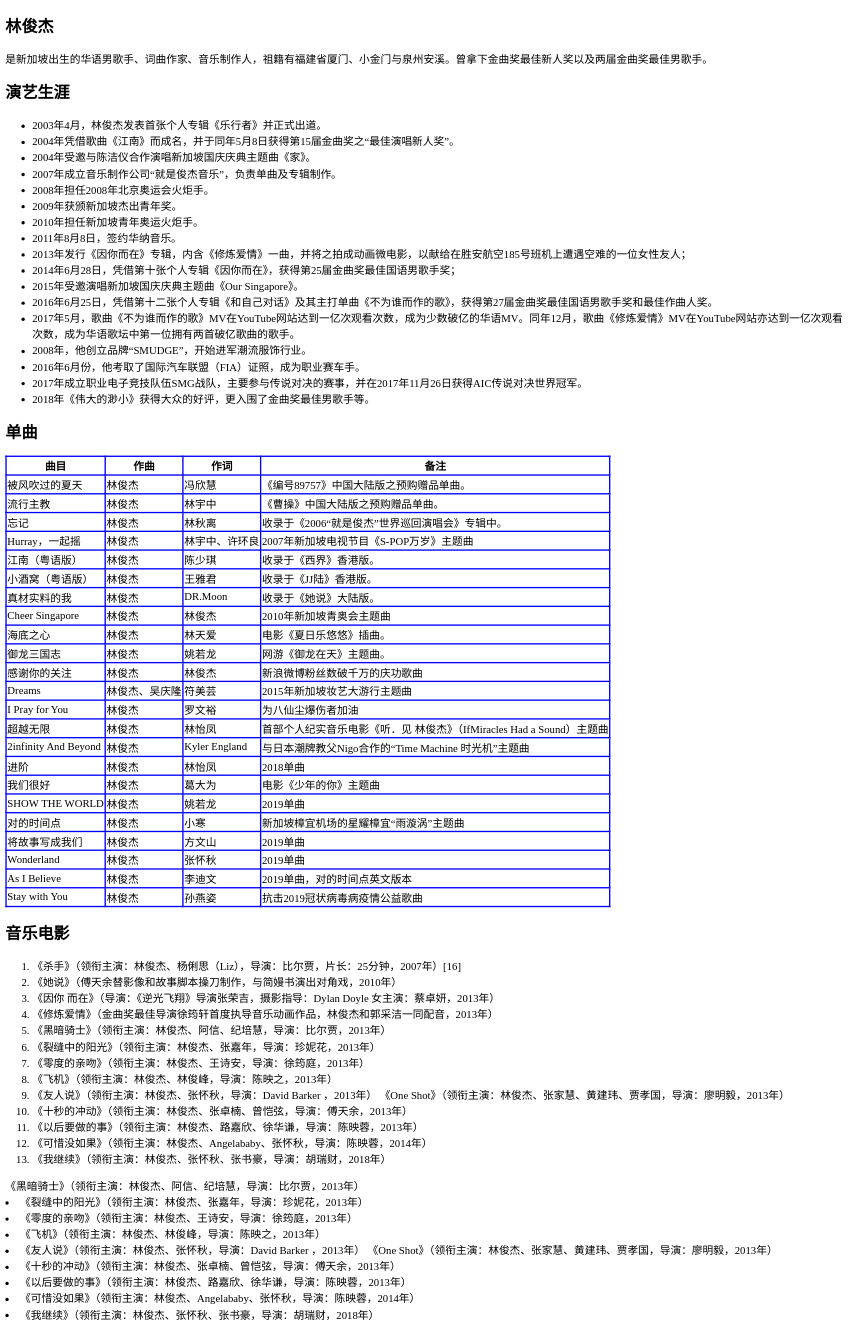
Repository: chenguocan/html_work
Page: html_work.html
The author's editor kept a copy of each file at every save. The page is drawn from the files as they stood at one save, then again after the next save.
The browser window is 1280 px wide. The pictures show the whole page, at 67% of full size.

Above is the page before, as saved 2020-06-26 10:15:35.

After the next save:
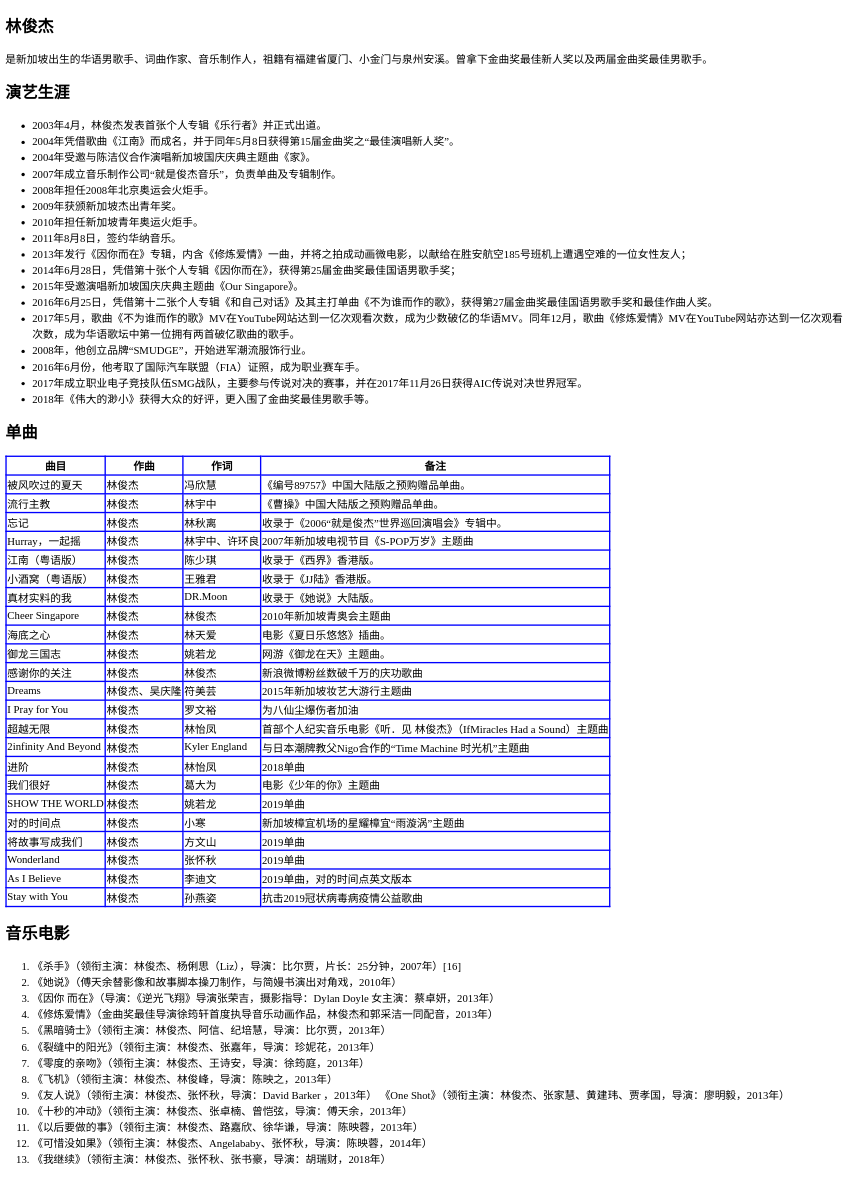
Saved 11 s later.
--- a/html_work.html
+++ b/html_work.html
@@ -216,20 +216,20 @@
       </table>
       <h2>音乐电影</h2>
       <ol>
-          <li>《杀手》（领衔主演：林俊杰、杨俐思（Liz），导演：比尔贾，片长：25分钟，2007年）[16]</li>
-          <li>《她说》（傅天余替影像和故事脚本操刀制作，与简嫚书演出对角戏，2010年）</li>
-          <li>《因你 而在》（导演：《逆光飞翔》导演张荣吉，摄影指导：Dylan Doyle 女主演：蔡卓妍，2013年）</li>
-          <li>《修炼爱情》（金曲奖最佳导演徐筠轩首度执导音乐动画作品，林俊杰和郭采洁一同配音，2013年）</li>
-          <li>《黑暗骑士》（领衔主演：林俊杰、阿信、纪培慧，导演：比尔贾，2013年）</li>
-          <li>《裂缝中的阳光》（领衔主演：林俊杰、张嘉年，导演：珍妮花，2013年）</li>
-          <li>《零度的亲吻》（领衔主演：林俊杰、王诗安，导演：徐筠庭，2013年）</li>
-          <li>《飞机》（领衔主演：林俊杰、林俊峰，导演：陈映之，2013年）</li>
-          <li>《友人说》（领衔主演：林俊杰、张怀秋，导演：David Barker ，2013年） 《One Shot》（领衔主演：林俊杰、张家慧、黄建玮、贾孝国，导演：廖明毅，2013年）</li>
-          <li>《十秒的冲动》（领衔主演：林俊杰、张卓楠、曾恺弦，导演：傅天余，2013年）</li>
-          <li>《以后要做的事》（领衔主演：林俊杰、路嘉欣、徐华谦，导演：陈映蓉，2013年）</li>
-          <li>《可惜没如果》（领衔主演：林俊杰、Angelababy、张怀秋，导演：陈映蓉，2014年）</li>
-          <li>《我继续》（领衔主演：林俊杰、张怀秋、张书豪，导演：胡瑞财，2018年）</li>
-      </ol>
+        <li>
+          《杀手》（领衔主演：林俊杰、杨俐思（Liz），导演：比尔贾，片长：25分钟，2007年）[16]
+        </li>
+        <li>
+          《她说》（傅天余替影像和故事脚本操刀制作，与简嫚书演出对角戏，2010年）
+        </li>
+        <li>
+          《因你 而在》（导演：《逆光飞翔》导演张荣吉，摄影指导：Dylan Doyle
+          女主演：蔡卓妍，2013年）
+        </li>
+        <li>
+          《修炼爱情》（金曲奖最佳导演徐筠轩首度执导音乐动画作品，林俊杰和郭采洁一同配音，2013年）
+        </li>
+        <li>
           《黑暗骑士》（领衔主演：林俊杰、阿信、纪培慧，导演：比尔贾，2013年）
         </li>
         <li>
